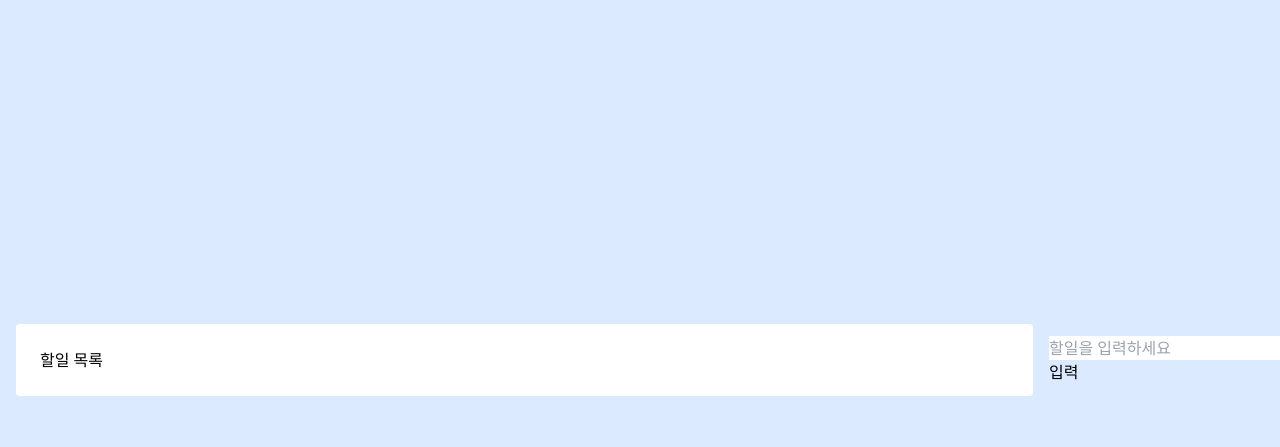
Repository: siwon9898/react-learn
Page: /
These files come from the project's save history. The page is drawn as it stood at one moment and after the next save; the edit follows.
The browser window is 1280 px wide. The pictures show the whole page.
The project was rebuilt for these pictures with package versions that can differ from the ones it lists, and the page was loaded fresh each time. Also part of the build but not shown: src/index.css.

Above is the page before, as saved 2023-03-30 11:29:51.

### public/index.html
<!-- 페이지 템플릿 -->
<!DOCTYPE html>
<html lang="en">
  <head>
    <meta charset="utf-8" />
    <link rel="icon" href="%PUBLIC_URL%/favicon.ico" />
    <meta name="viewport" content="width=device-width, initial-scale=1" />
    <meta name="theme-color" content="#000000" />
    <meta
      name="description"
      content="Web site created using create-react-app"
    />
    <link rel="apple-touch-icon" href="%PUBLIC_URL%/logo192.png" />
    <!--
      manifest.json provides metadata used when your web app is installed on a
      user's mobile device or desktop. See https://developers.google.com/web/fundamentals/web-app-manifest/
    -->
    <link rel="manifest" href="%PUBLIC_URL%/manifest.json" />
    <!--
      Notice the use of %PUBLIC_URL% in the tags above.
      It will be replaced with the URL of the `public` folder during the build.
      Only files inside the `public` folder can be referenced from the HTML.

      Unlike "/favicon.ico" or "favicon.ico", "%PUBLIC_URL%/favicon.ico" will
      work correctly both with client-side routing and a non-root public URL.
      Learn how to configure a non-root public URL by running `npm run build`.
    -->
    <title>React App</title>
  </head>
  <body>
    <noscript>You need to enable JavaScript to run this app.</noscript>
    <div id="root"></div>
    <!--
      This HTML file is a template.
      If you open it directly in the browser, you will see an empty page.

      You can add webfonts, meta tags, or analytics to this file.
      The build step will place the bundled scripts into the <body> tag.

      To begin the development, run `npm start` or `yarn start`.
      To create a production bundle, use `npm run build` or `yarn build`.
    -->
  </body>
</html>

### src/index.js
//js 시작점
import React from 'react';
import ReactDOM from 'react-dom/client';
import './index.css';
import App from './App';
import reportWebVitals from './reportWebVitals';

const root = ReactDOM.createRoot(document.getElementById('root'));
root.render(
  <React.StrictMode>
    <App />
  </React.StrictMode>
);

// If you want to start measuring performance in your app, pass a function
// to log results (for example: reportWebVitals(console.log))
// or send to an analytics endpoint. Learn more: https://bit.ly/CRA-vitals
reportWebVitals();

### src/App.js
import React from "react";
import { useState } from "react";
import "./App.css";
import List from "./components/List";
import Form from "./components/Form";
// export default class App extends Component {
//   btnStyle = {
//     color: "#fff",
//     border: "none",
//     padding: "5px 9px",
//     borderRadius: "50%",
//     cursor: "pointer",
//     float: "right",
//   };

//   getStyle = (completed) => {
//     return {
//       padding: "10px",
//       borderBottom: "1px #ccc dotted",
//       textDecoration: completed ? "line-through" : "none",
//     };
//   };

//   state = {
//     todoData: [],
//     value: "",
//   };

//   handleClick = (id) => {
//     let newTodoData = this.state.todoData.filter((data) => data.id !== id);
//     this.setState({ todoData: newTodoData });
//   };

//   handleChange = (e) => {
//     this.setState({ value: e.target.value });
//   };

//   handleSubmit = (e) => {
//     e.preventDefault(); //form안에서 input 전송(submit)할때 reload 막아줌

//     //새로운 할일 데이터
//     let newTodo = {
//       id: Date.now(),
//       title: this.state.value,
//       completed: false,
//     };
//     //원래있던 할일에 새로운 할일 추가해줌
//     this.setState({ todoData: [...this.state.todoData, newTodo], value: "" });
//   };

//   handleCompleteChange = (id) => {
//     let newTodo = this.state.todoData.map((data) => {
//       if (data.id === id) {
//         data.completed = !data.completed;
//       }
//       return data;
//     });

//     this.setState({ todoData: newTodo });
//   };
//   render() {
//     return (
//       <div className="container">
//         <div className="todoBlock">
//           <div className="title">
//             <h1>할일 목록</h1>
//           </div>
//           {/* map은 배열 요소를 함수를 거쳐 새로운 배열을 반환해준다 */}
//           {this.state.todoData.map((data) => (
//             <div style={this.getStyle(data.completed)} key={data.id}>
//               {/* 여러개의 객체를 넣을때는 unique한 key prop이 있어야함 */}
//               <input
//                 type="checkbox"
//                 defaultChecked={false}
//                 onChange={() => this.handleCompleteChange(data.id)}
//               />
//               {data.title}
//               {/* 중괄호로 넣어야 실제 데이터가 들어감 */}
//               <button
//                 style={this.btnStyle}
//                 onClick={() => this.handleClick(data.id)}
//               >
//                 X
//               </button>
//             </div>
//           ))}

//           <form style={{ display: "flex" }} onSubmit={this.handleSubmit}>
//             <input
//               type="text"
//               name="value"
//               placeholder="할일을 입력하세요"
//               style={{ flex: "10", padding: "5px" }}
//               value={this.state.value}
//               onChange={this.handleChange}
//             />
//             <input
//               type="submit"
//               value="입력"
//               className="btn"
//               style={{ flex: "1" }}
//             />
//           </form>
//         </div>
//       </div>
//     );
//   }
// }

export default function App() {
  const [TodoData, setTodoData] = useState([]);
  const [value, setValue] = useState("");
  const handleSubmit = (e) => {
    e.preventDefault();

    let newTodo = {
      id: Date.now(),
      title: value,
      complete: false,
    };
    setTodoData((prev) => [...prev, newTodo]);
    setValue("");
  };
  return (
    <div className="flex items-center justify-center w-screen h-screen bg-blue-100">
      <div className="w-full p-6 m-4 bg-white rounded">
        <div>
          <h1>할일 목록</h1>
        </div>
        {/* tododata state는여러개의 컴포넌트에서 쓰기때문에 state자체를 옮기기보다는 props로 내려주는것이 적합 */}
        <List TodoData={TodoData} setTodoData={setTodoData} />
      </div>
      <Form handleSubmit={handleSubmit} value={value} setValue={setValue} />
    </div>
  );
}

### src/components/List.js
import React from "react";

export default function List({ TodoData, setTodoData }) {
  const handleCompleteChange = (id) => {
    let newTodo = TodoData.map((data) => {
      if (data.id === id) {
        data.complete = !data.complete;
      }
      return data;
    });
    setTodoData(newTodo);
  };

  const handleClick = (id) => {
    let newTodoData = TodoData.filter((data) => data.id !== id);
    setTodoData(newTodoData);
  };

  return (
    <div>
      {TodoData.map((data) => (
        <div key={data.id}>
          <input
            type="checkbox"
            defaultChecked={false}
            onChange={() => handleCompleteChange(data.id)}
          />
          {data.title}
          <button onClick={() => handleClick(data.id)}>X</button>
        </div>
      ))}
    </div>
  );
}

### src/components/Form.js
import React from "react";

export default function Form({ handleSubmit, value, setValue }) {
  const handleChange = (e) => {
    setValue(e.target.value);
  };

  return (
    <form onSubmit={handleSubmit}>
      <input
        type="text"
        name="value"
        placeholder="할일을 입력하세요"
        value={value}
        onChange={handleChange}
      />
      <input type="submit" value="입력" />
    </form>
  );
}

Loaded but not shown: src/reportWebVitals.js (common file); src/App.css (common file); tailwind.config.js (common file)

After the next save:
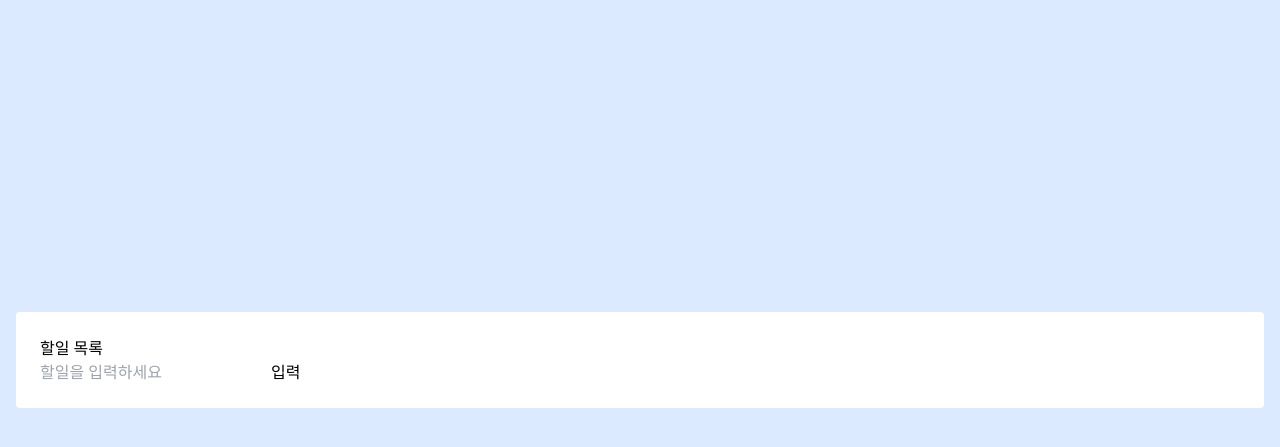
Saved 11 s later.
--- a/src/App.js
+++ b/src/App.js
@@ -129,8 +129,8 @@ export default function App() {
         </div>
         {/* tododata state는여러개의 컴포넌트에서 쓰기때문에 state자체를 옮기기보다는 props로 내려주는것이 적합 */}
         <List TodoData={TodoData} setTodoData={setTodoData} />
+        <Form handleSubmit={handleSubmit} value={value} setValue={setValue} />
       </div>
-      <Form handleSubmit={handleSubmit} value={value} setValue={setValue} />
     </div>
   );
 }
